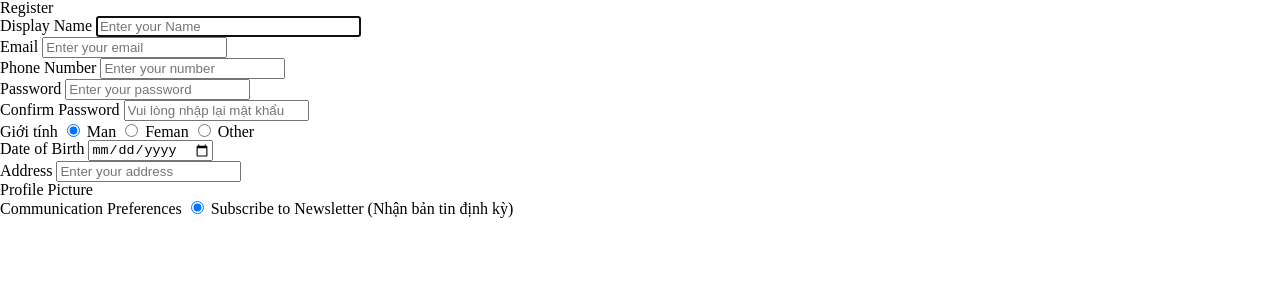
Repository: lannguyen1301/f8-zoom-day-4
Page: form.html
The author's editor kept a copy of each file at every save. The page is drawn from the files as they stood at one save, then again after the next save.
The browser window is 1280 px wide. The pictures show the whole page.

Above is the page before, as saved 2025-04-19 22:05:32.

### form.html
<!DOCTYPE html>
<html lang="en">

<head>
    <meta charset="UTF-8">
    <meta name="viewport" content="width=device-width, initial-scale=1.0">
    <title>Form Login</title>
    <link rel="stylesheet" href="./assets/css/reset.css">
</head>

<body>
    <h1>Register</h1>
    <form action="https://api-gateway.fullstack.edu.vn/action_page.php" method="post" autocomplete="off">
        <div class="form-group">
            <label for="name">Display Name</label>
            <input type="text" name="name" id="name" maxlength="20" minlength="5" pattern="[A-Za-z0-9]+" size="30"
                placeholder="Enter your Name" required autocomplete="on" spellcheck="false" readonly autofocus>
        </div>

        <div class="form-group">
            <label for="email">Email</label>
            <input type="email" name="email" id="email" placeholder="Enter your email" required
                pattern="[a-z0-9._%+-]+@[a-z0-9.-]+\.[a-z]{2,}$" autocomplete="on" spellcheck="false" inputmode="email"
                onchange="alert('Email của bạn đã thay đổi!')">
        </div>

        <div class="form-group">
            <label for="phone">Phone Number</label>
            <input type="tel" name="phone" id="phone" placeholder="Enter your number" required
                pattern="^\+?[0-9]{10,15}$" maxlength="15" minlength="10" autocomplete="tel"
                onchange="alert('Số điện thoại của bạn đã thay đổi!')" inputmode="tel">
        </div>

        <div class="form-group">
            <label for="password">Password</label>
            <input type="password" name="password" id="password" placeholder="Enter your password" readonly required
                maxlength="20" minlength="8" pattern="(?=.*\d)(?=.*[a-z])(?=.*[A-Z])(?=.*[@#$%^&+=]).{8,}"
                autocomplete="current-password" autofocus spellcheck="false">
        </div>

        <div class="form-group">
            <label for="confirm-password">Confirm Password</label>
            <input type="password" name="confirm-password" id="confirm-password"
                placeholder="Vui lòng nhập lại mật khẩu" required autocomplete="new-password" maxlength="20"
                minlength="8">
        </div>

        <div class="form-group">
            <label for="gender"> Giới tính</label>
            <input type="radio" name="gender" id="male" value="male" required autofocus checked>
            <label for="male">Man</label>
            <input type="radio" name="gender" id="female" value="female" required autofocus>
            <label for="female">Feman</label>
            <input type="radio" name="gender" id="other" value="other" required autofocus>
            <label for="other">Other</label>
        </div>

        <div class="form-group">
            <label for="birthday">Date of Birth</label>
            <input type="date" name="birthday" id="birthday" required autocomplete="bday-day" min="1900-01-01" max="">
        </div>

        <div class="form-group">
            <label for="address">Address</label>
            <input type="text" name="address" id="address" placeholder="Enter your address" readonly autofocus
                spellcheck="false" pattern="[A-Za-z0-9\s,]+">
        </div>

        <div class="form-group">
            <label for="">Profile Picture</label>
            <input type="image" src="" alt="">
        </div>

        <div class="form-group">
            <label for="">Communication Preferences</label>
            <input type="radio" name="newsletter" id="newsletter" required checked>
            <label for="newsletter">Subscribe to Newsletter (Nhận bản tin định kỳ)</label>
        </div>
    </form>
</body>

</html>

Loaded but not shown: assets/css/reset.css (common file)

After the next save:
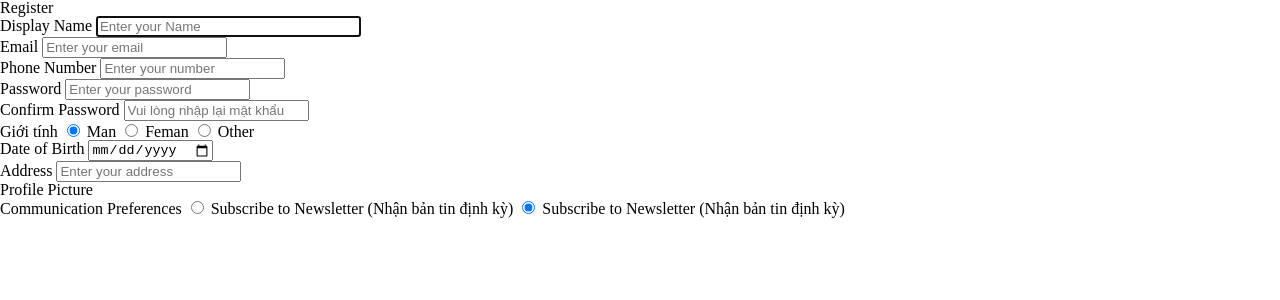
Saved 6 s later.
--- a/form.html
+++ b/form.html
@@ -75,6 +75,8 @@
             <label for="">Communication Preferences</label>
             <input type="radio" name="newsletter" id="newsletter" required checked>
             <label for="newsletter">Subscribe to Newsletter (Nhận bản tin định kỳ)</label>
+            <input type="radio" name="newsletter" id="newsletter" required checked>
+            <label for="newsletter">Subscribe to Newsletter (Nhận bản tin định kỳ)</label>
         </div>
     </form>
 </body>
